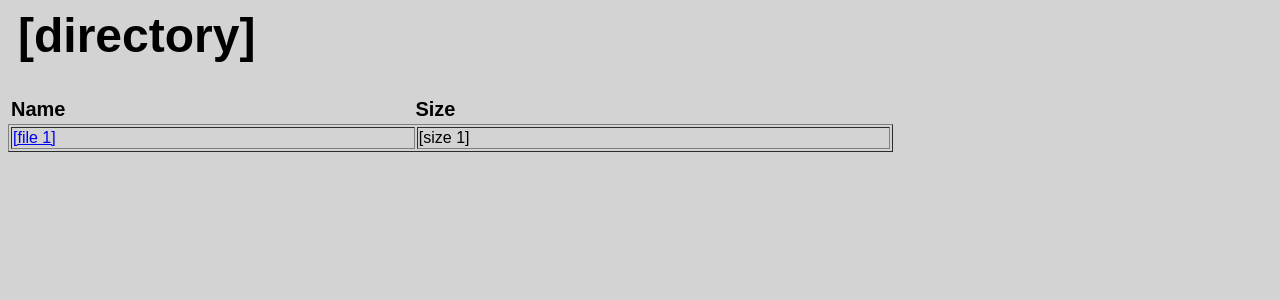
Repository: sharhar/JavaWebserver
Page: Server/res/nav.html
An editor plug-in stored every save of this project. The page is shown before and after the next save, followed by the edit.
The browser window is 1280 px wide. The pictures show the whole page.

Above is the page before, as saved 2016-05-15 14:40:09.

After the next save:
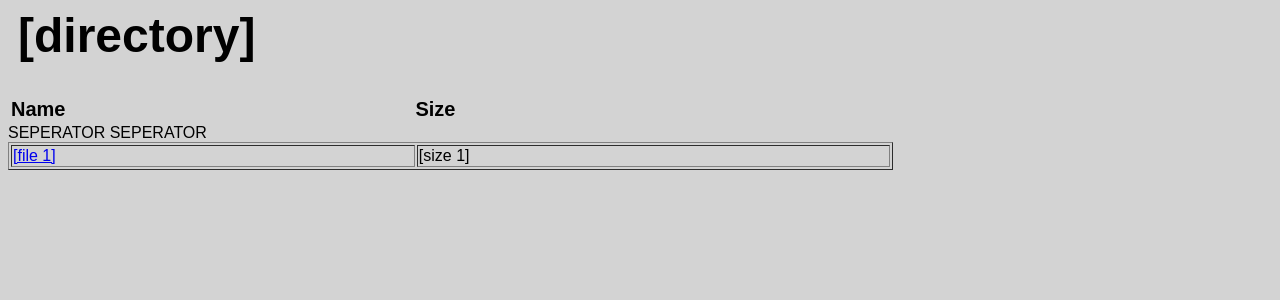
Saved 12 s later.
--- a/Server/res/nav.html
+++ b/Server/res/nav.html
@@ -39,12 +39,14 @@
 
 			<table style="width:70%" class ="nav" border="1">
 
-
+SEPERATOR
 
 					<tr>
 						<td><a href="#">[file 1]</a></td>
 						<td>[size 1]</td>
 					</tr>
+SEPERATOR
+
 			</table>
 		</div>
 	</body>
